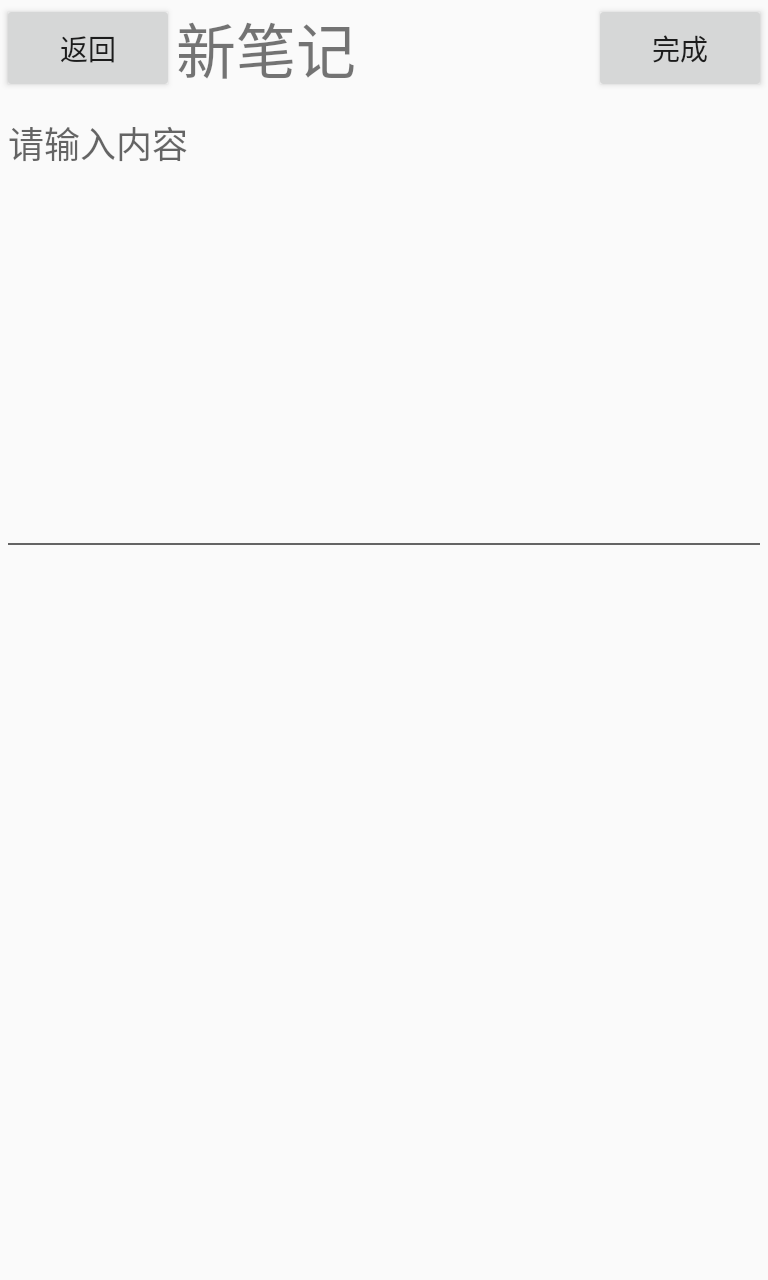
Repository: mxfpaul/Test
Layout: Note/MyNote2/res/layout/newnote.xml
An editor plug-in stored every save of this project. The layout is shown before and after the next save, followed by the edit.
It is drawn on a 768 x 1280 px phone screen (xhdpi) without system bars, with theme AppTheme; the app's code is not run.

Above is the layout before, as saved 2014-11-22 03:09:59.

### Note/MyNote2/res/layout/newnote.xml
<?xml version="1.0" encoding="utf-8"?>
<LinearLayout xmlns:android="http://schemas.android.com/apk/res/android"
    android:layout_width="match_parent"
    android:layout_height="wrap_content"
    android:orientation="vertical" >

    <LinearLayout
        android:layout_width="match_parent"
        android:layout_height="wrap_content"
        android:orientation="horizontal" >

        <Button
            android:id="@+id/new_button_setting"
            android:layout_width="wrap_content"
            android:layout_height="wrap_content"
            android:text="@string/new_button_text1" />

        <TextView
            android:id="@+id/new_textview_all"
            android:layout_width="0dp"
            android:layout_height="wrap_content"
            android:layout_gravity="center"
            android:layout_weight="1"
            android:text="@string/new_textview_text"
            android:textSize="30sp" />

        <Button
            android:id="@+id/new_button_new"
            android:layout_width="wrap_content"
            android:layout_height="wrap_content"
            android:text="@string/new_button_text2" />
    </LinearLayout>

    <EditText
        android:id="@+id/new_edittext_content"
        android:layout_width="match_parent"
        android:layout_height="wrap_content"
        android:ems="10"
        android:gravity="top"
        android:hint="@string/new_edittext_text"
        android:lines="10" />

</LinearLayout>

### Note/MyNote2/res/values/strings.xml
<?xml version="1.0" encoding="utf-8"?>
<resources>

    <string name="app_name">MyNote2</string>
    <string name="hello_world">Hello world!</string>
    <string name="action_settings">Settings</string>
    <string name="home_button_text1">设置</string>
    <string name="home_button_text2">新建</string>
    <string name="home_textview_text">全部笔记</string>
    <string name="new_button_text1">返回</string>
    <string name="new_button_text2">完成</string>
    <string name="new_textview_text">新笔记</string>
    <string name="view_button_text1">返回</string>
    <string name="view_button_text2">更改</string>
    <string name="view_textview_text">待录入</string>
    <string name="new_edittext_text">请输入内容</string>

</resources>

Loaded but not shown: Note/MyNote2/res/values/styles.xml (common file); Note/MyNote2/res/values-v11/styles.xml (common file); Note/MyNote2/res/values-v14/styles.xml (common file)

After the next save:
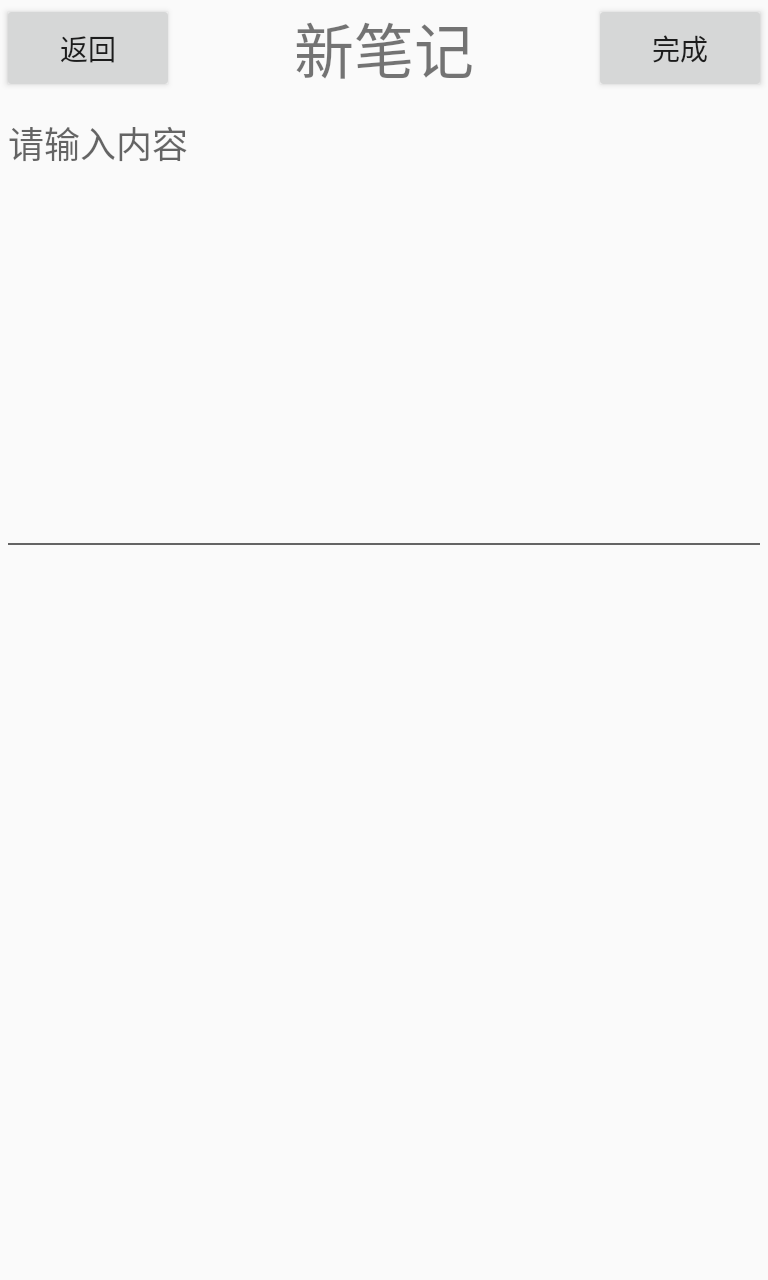
Saved 10 s later.
--- a/Note/MyNote2/res/layout/newnote.xml
+++ b/Note/MyNote2/res/layout/newnote.xml
@@ -19,6 +19,7 @@
             android:id="@+id/new_textview_all"
             android:layout_width="0dp"
             android:layout_height="wrap_content"
+            android:gravity="center"
             android:layout_gravity="center"
             android:layout_weight="1"
             android:text="@string/new_textview_text"
